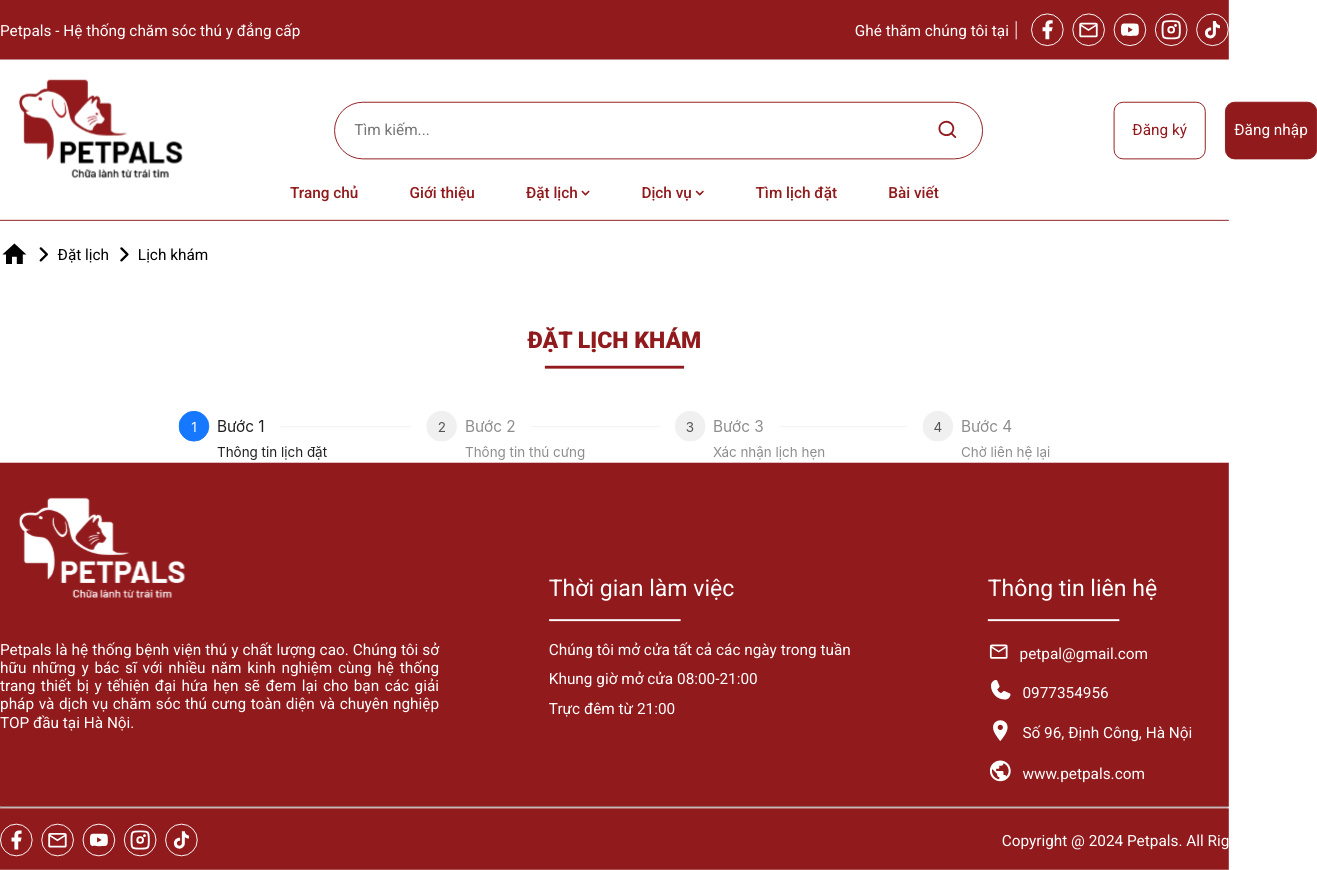
Repository: ahntrung1909/Petpals
Page: /dat-lich/kham-benh (app in petpals-user-main/)
These files come from the project's save history. The page is drawn as it stood at one moment and after the next save; the edit follows.
The browser window is 1280 px wide. The page is 1372 px wide, so the pictures cover 1372 px, including what lies to the right of the window. The pictures show the whole page, at 96% of full size.
The project was rebuilt for these pictures with package versions that can differ from the ones it lists, and the page was loaded fresh each time. The framework's server and built-in components were replaced by stand-ins that run in the browser. Also part of the build but not shown: petpals-user-main/next.config.js, petpals-user-main/next.config.mjs.

Above is the page before, as saved 2024-04-10 19:36:02.

After the next save:
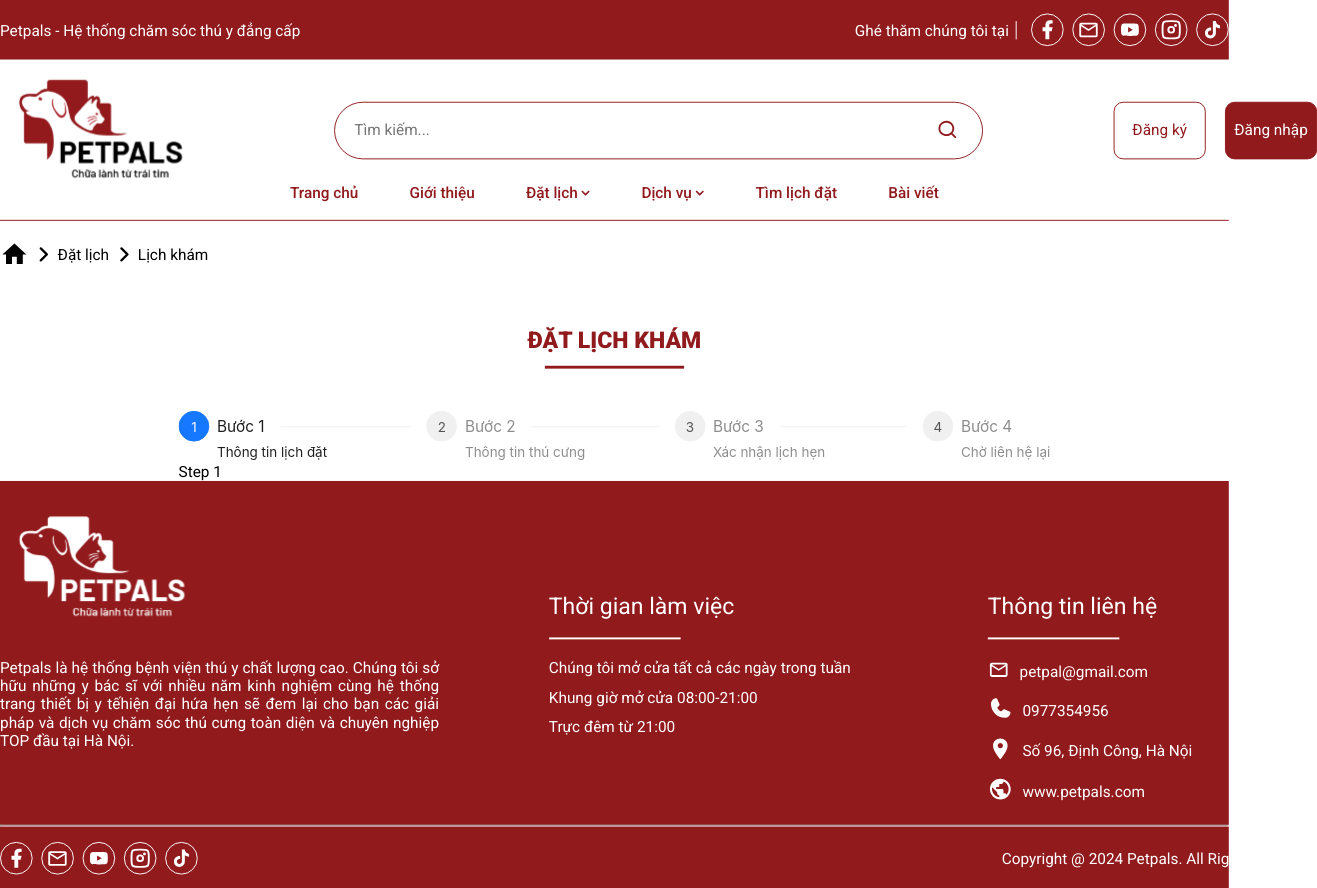
Saved 24 s later.
--- a/petpals-user-main/src/app/dat-lich/kham-benh/page.js
+++ b/petpals-user-main/src/app/dat-lich/kham-benh/page.js
@@ -1,6 +1,7 @@
 import "./style.scss";
 import React, { useState } from "react";
 import { Steps } from "antd";
+import StepItem from "./StepItem";
 
 export default function page() {
   const [current, setCurrent] = useState(0);
@@ -37,6 +38,7 @@ export default function page() {
               },
             ]}
           />
+          <StepItem />
         </div>
       </section>
     </main>
